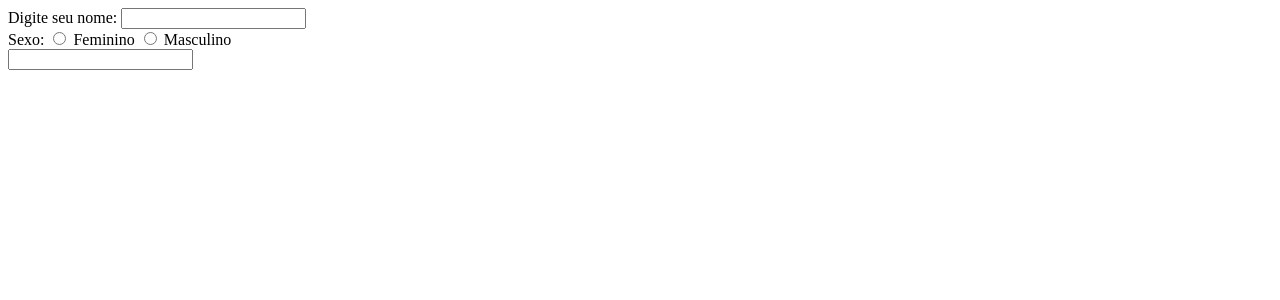
Repository: GabrielGGhost/EstudoJavaAW1-AW2
Page: estudos18/WebContent/formulario.html
An editor plug-in stored every save of this project. The page is shown before and after the next save, followed by the edit.
The browser window is 1280 px wide. The pictures show the whole page.

Above is the page before, as saved 2020-10-27 17:28:32.

### estudos18/WebContent/formulario.html
<!DOCTYPE html>
<html>
<head>
<meta charset="ISO-8859-1">
<title>Formulário Unicial</title>
</head>
<body>
	<form action="/jsp/exemloTagFile.jsp">
		Digite seu nome: <input type="text" name="txtNome"/><br/>
		Sexo: <input type="radio" name="btSexo" value="F"/> Feminino
		<input type="radio" name="btSexo" value="M"> Masculino<br>
		<input type="submit value="Enviar"/>


	</form>
</body>
</html>

After the next save:
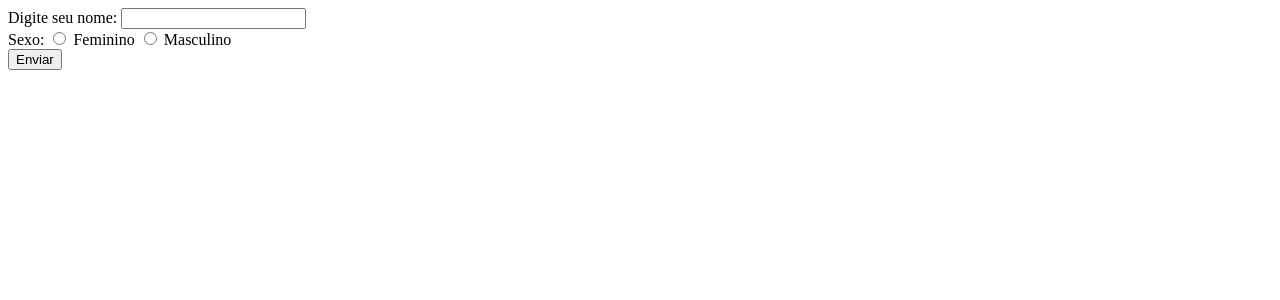
Saved 106 s later.
--- a/estudos18/WebContent/formulario.html
+++ b/estudos18/WebContent/formulario.html
@@ -9,7 +9,7 @@
 		Digite seu nome: <input type="text" name="txtNome"/><br/>
 		Sexo: <input type="radio" name="btSexo" value="F"/> Feminino
 		<input type="radio" name="btSexo" value="M"> Masculino<br>
-		<input type="submit value="Enviar"/>
+		<input type="submit" value="Enviar"/>
 
 
 	</form>
